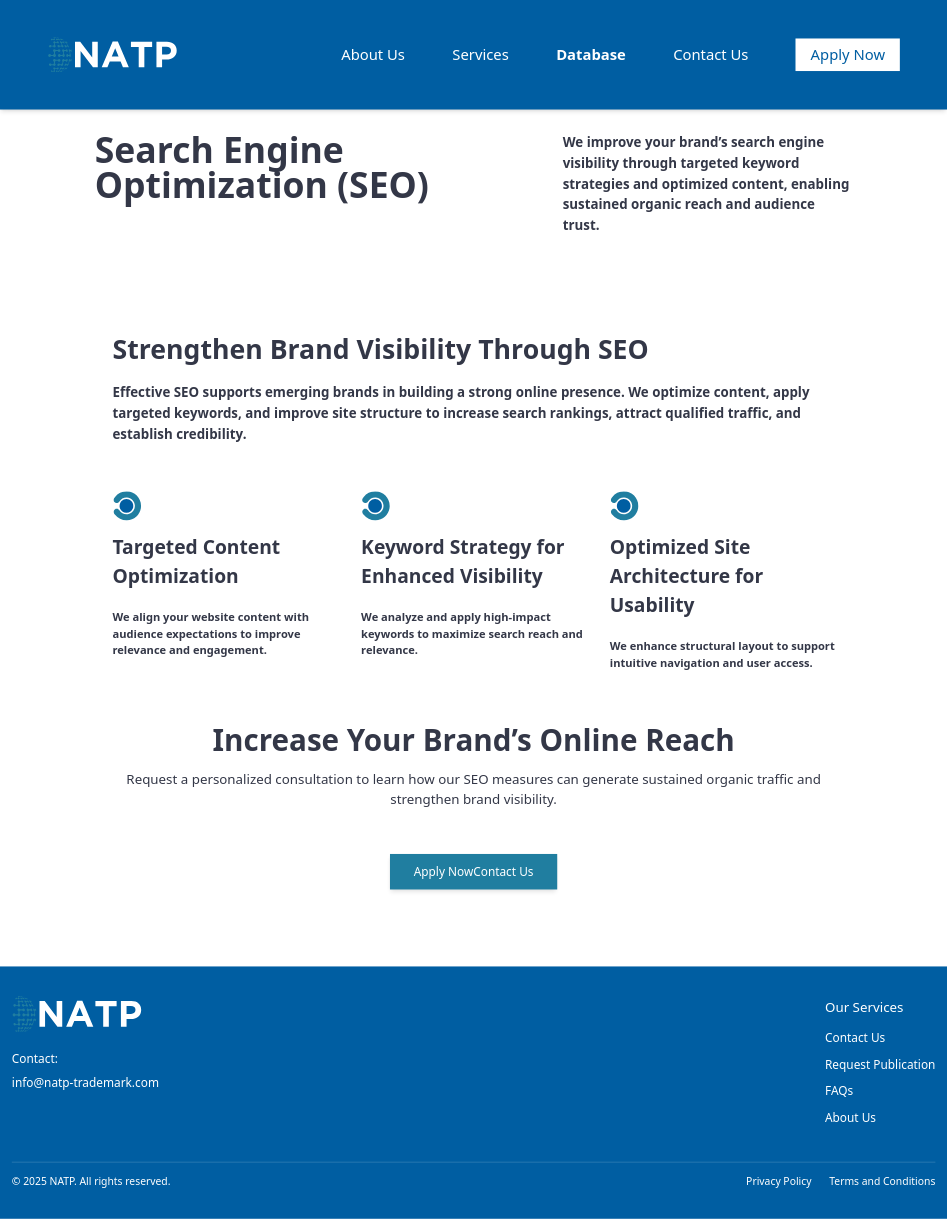
Repository: raushan22882917/natp-preview
Page: /services/seo
The author's editor kept a copy of each file at every save. The page is drawn from the files as they stood at one save, then again after a run of saves.
The browser window is 1280 px wide. The pictures show the whole page, at 74% of full size.
The project was rebuilt for these pictures with package versions that can differ from the ones it lists, and the page was loaded fresh each time. Also part of the build but not shown: vite.config.ts, src/components/ui/tooltip.tsx, src/components/Hero.tsx, src/hooks/use-hash-scroll.tsx, src/pages/Index.tsx, src/pages/About.tsx, src/components/ui/input.tsx, src/components/ui/button.tsx and 37 more.

Above is the page before, as saved 2025-05-13 18:34:58.

### index.html
<!DOCTYPE html>
<html lang="en">
  <head>
    <meta charset="UTF-8" />
    <meta name="viewport" content="width=device-width, initial-scale=1.0" />
    <title>NATP</title>
    <meta name="description" content="Trademark Publication and Registration Services" />
    <meta name="author" content="Trademark Publication" />
    <link rel="icon" type="image/png" href="/trade.png" />
    <link rel="apple-touch-icon" href="/trade.png" />

    <meta property="og:title" content="Trademark Publication" />
    <meta property="og:description" content="Trademark Publication and Registration Services" />
    <meta property="og:type" content="website" />
    <meta property="og:image" content="/images/og-image.png" />

    <meta name="twitter:card" content="summary_large_image" />
    <meta name="twitter:image" content="/images/og-image.png" />

    <!-- Start Single Page Apps for GitHub Pages -->
    <script type="text/javascript">
      // Single Page Apps for GitHub Pages/Vercel
      // MIT License
      // https://github.com/rafgraph/spa-github-pages
      (function(l) {
        if (l.search[1] === '/' ) {
          var decoded = l.search.slice(1).split('&').map(function(s) {
            return s.replace(/~and~/g, '&')
          }).join('?');
          window.history.replaceState(null, null,
              l.pathname.slice(0, -1) + decoded + l.hash
          );
        }
      }(window.location))
    </script>
    <!-- End Single Page Apps for GitHub Pages -->
  </head>

  <body>
    <div id="root"></div>
    <script type="module" src="/src/main.tsx"></script>
  </body>
</html>

### src/App.tsx
import { Toaster } from "@/components/ui/toaster";
import { Toaster as Sonner } from "@/components/ui/sonner";
import { TooltipProvider } from "@/components/ui/tooltip";
import { QueryClient, QueryClientProvider } from "@tanstack/react-query";
import { BrowserRouter, Routes, Route } from "react-router-dom";
import Index from "./pages/Index";
import About from "./pages/About";
import Search from "./pages/Search";
import Contact from "./pages/Contact";
import Terms from "./pages/Terms";
import PrivacyPolicy from "./pages/PrivacyPolicy";
import NotFound from "./pages/NotFound";

import Apply from "./pages/Apply";
import Publication from "./pages/services/Publication";
import Article from "./pages/services/Article";
import Services from "./pages/Services";
import SEO from "./pages/services/SEO";
import TrademarkDetail from "./pages/TrademarkDetail";
import Admin from "./pages/Admin";
import AdminLogin from "./pages/AdminLogin";
import AdminCreate from "./pages/AdminCreate";
import AdminSettings from "./pages/AdminSettings";

const queryClient = new QueryClient();

const App = () => (
  <QueryClientProvider client={queryClient}>
    <TooltipProvider>
      <Toaster />
      <Sonner />
      <BrowserRouter>
        <Routes>
          <Route path="/" element={<Index />} />
          <Route path="/about" element={<About />} />
          <Route path="/search" element={<Search />} />
          <Route path="/contact" element={<Contact />} />
          <Route path="/terms" element={<Terms />} />
          <Route path="/privacy" element={<PrivacyPolicy />} />
          <Route path="/apply" element={<Apply />} />
          <Route path="/services/publication" element={<Publication />} />
          <Route path="/services/article" element={<Article />} />
          <Route path="/services/seo" element={<SEO />} />
          <Route path="/trademark/:id" element={<TrademarkDetail />} />
          <Route path="/services" element={<Services />} />
          <Route path="/admin" element={<Admin />} />
          <Route path="/admin-login" element={<AdminLogin />} />
          <Route path="/admin/create" element={<AdminCreate />} />
          <Route path="/admin/settings" element={<AdminSettings />} />
          <Route path="*" element={<NotFound />} />
        </Routes>
      </BrowserRouter>
    </TooltipProvider>
  </QueryClientProvider>
);

export default App;

### src/index.css

@tailwind base;
@tailwind components;
@tailwind utilities;

@layer base {
  :root {
    --background: 0 0% 100%;
    --primary-blue: 207 71% 32%;  /* #005ea2 */
    --secondary-blue: 196 67% 38%; /* #207ea0 */
    --gray: 0 0% 46%;             /* #757575 */
    --text-white: 0 0% 94%;       /* #f0f0f0 */
    --text-black: 0 0% 0%;        /* #000000 */
  }

  body {
    @apply bg-white text-[#000000] antialiased;
  }
}

@layer components {
  .stats-label {
    @apply text-sm text-gray-500;
  }
}

.hero-waves {
  background: linear-gradient(45deg, #005ea2 0%, #207ea0 100%);
  position: relative;
  overflow: hidden;
}

.hero-waves::before {
  content: '';
  position: absolute;
  width: 150%;
  height: 150%;
  top: -25%;
  left: -25%;
  background: url("data:[embedded picture, 221 characters]") repeat;
  animation: wave 15s linear infinite;
  opacity: 0.1;
}

@keyframes wave {
  0% { transform: rotate(0deg); }
  100% { transform: rotate(360deg); }
}

.learn-more-btn {
  @apply px-6 py-2 text-[#f0f0f0] border border-[#f0f0f0]/20 rounded hover:bg-[#f0f0f0]/10 transition-all;
}

.apply-now-btn {
  @apply px-6 py-2 bg-[#f0f0f0] text-[#005ea2] rounded hover:bg-[#f0f0f0]/90 transition-all;
}

.primary-btn {
  @apply px-6 py-2 bg-[#005ea2] text-[#f0f0f0] rounded hover:bg-[#207ea0] transition-all;
}

.stats-value {
  @apply text-5xl font-bold mb-2;
}

.faq-item {
  @apply border-b border-gray-200 py-4;
}

### src/components/ui/toaster.tsx
import { useToast } from "@/hooks/use-toast"
import {
  Toast,
  ToastClose,
  ToastDescription,
  ToastProvider,
  ToastTitle,
  ToastViewport,
} from "@/components/ui/toast"

export function Toaster() {
  const { toasts } = useToast()

  return (
    <ToastProvider>
      {toasts.map(function ({ id, title, description, action, ...props }) {
        return (
          <Toast key={id} {...props}>
            <div className="grid gap-1">
              {title && <ToastTitle>{title}</ToastTitle>}
              {description && (
                <ToastDescription>{description}</ToastDescription>
              )}
            </div>
            {action}
            <ToastClose />
          </Toast>
        )
      })}
      <ToastViewport />
    </ToastProvider>
  )
}

### src/components/ui/sonner.tsx
import { useTheme } from "next-themes"
import { Toaster as Sonner, toast } from "sonner"

type ToasterProps = React.ComponentProps<typeof Sonner>

const Toaster = ({ ...props }: ToasterProps) => {
  const { theme = "system" } = useTheme()

  return (
    <Sonner
      theme={theme as ToasterProps["theme"]}
      className="toaster group"
      toastOptions={{
        classNames: {
          toast:
            "group toast group-[.toaster]:bg-background group-[.toaster]:text-foreground group-[.toaster]:border-border group-[.toaster]:shadow-lg",
          description: "group-[.toast]:text-muted-foreground",
          actionButton:
            "group-[.toast]:bg-primary group-[.toast]:text-primary-foreground",
          cancelButton:
            "group-[.toast]:bg-muted group-[.toast]:text-muted-foreground",
        },
      }}
      {...props}
    />
  )
}

export { Toaster, toast }

### src/pages/services/SEO.tsx
import { Navbar } from "@/components/Navbar";
import { Button } from "@/components/ui/button";
import { Link } from "react-router-dom";
import { Footer } from "@/components/Footer";
export default function SEO() {
  return (
    <div className="min-h-screen font-inter">
      <Navbar />

      <div className="min-h-[200px] flex items-center justify-center px-6">
        <div className="max-w-5xl flex flex-col md:flex-row gap-5">
          <h1 className="text-3xl md:text-5xl font-semibold text-[#333747] mb-4">
            Search Engine Optimization (SEO)
          </h1>
          <p className="w-full md:w-1/2 text-[#333747] text-lg font-semibold">
            We improve your brand’s search engine visibility through targeted
            keyword strategies and optimized content, enabling sustained organic
            reach and audience trust.
          </p>
        </div>
      </div>

      <section className="py-16 my-10">
        <div className="max-w-5xl mx-auto px-6">
          <h2 className="text-3xl md:text-4xl font-semibold text-[#333747] mb-6">
            Strengthen Brand Visibility Through SEO
          </h2>
          <p className="text-[#333747] font-semibold text-lg max-w-5xl mb-16">
            Effective SEO supports emerging brands in building a strong online
            presence. We optimize content, apply targeted keywords, and improve
            site structure to increase search rankings, attract qualified
            traffic, and establish credibility.
          </p>

          <div className="grid grid-cols-1 md:grid-cols-3 gap-8 mb-16">
            {/* Card 1 */}
            <div className="flex flex-col">
              <img
                src="/images/1.svg"
                className="w-10 h-10 mb-4"
                alt="Targeted Content"
              />
              <h3 className="text-[26px] font-semibold text-[#333747] mb-6">
                Targeted Content Optimization
              </h3>
              <p className="text-[#333747] text-[15px] font-semibold">
                We align your website content with audience expectations to
                improve relevance and engagement.
              </p>
            </div>

            {/* Card 2 */}
            <div className="flex flex-col">
              <img
                src="/images/1.svg"
                className="w-10 h-10 mb-4"
                alt="Keyword Strategy"
              />
              <h3 className="text-[26px] font-semibold text-[#333747] mb-6">
                Keyword Strategy for Enhanced Visibility
              </h3>
              <p className="text-[#333747] text-[15px] font-semibold ">
                We analyze and apply high-impact keywords to maximize search
                reach and relevance.
              </p>
            </div>

            {/* Card 3 */}
            <div className="flex flex-col">
              <img
                src="/images/1.svg"
                className="w-10 h-10 mb-4"
                alt="Optimized Site Architecture"
              />
              <h3 className="text-[26px] font-semibold text-[#333747] mb-6">
                Optimized Site Architecture for Usability
              </h3>
              <p className="text-[#333747] text-[15px] font-semibold">
                We enhance structural layout to support intuitive navigation and
                user access.
              </p>
            </div>
          </div>

          {/* Bottom Section */}
          <div className="flex flex-col justify-center items-center max-w-5xl mx-auto">
            <div className="mb-6 text-center">
              <h3 className="text-[32px] md:text-[40px] font-semibold text-[#333747] mb-2">
                Increase Your Brand’s Online Reach
              </h3>
              <p className="text-lg text-[#333747] mb-4">
                Request a personalized consultation to learn how our SEO
                measures can generate sustained organic traffic and strengthen
                brand visibility.
              </p>
            </div>

            <button className="bg-[#207ea0] text-white shadow-md py-3 px-8 mt-5 block mx-auto">
              <a>
                <Link to="/apply">Apply Now</Link>
              </a>Contact Us
            </button>
          </div>
        </div>
      </section>

      <Footer />
    </div>
  );
}

### src/components/Footer.tsx
import { Link } from "react-router-dom";

export const Footer = () => {
  const currentYear = new Date().getFullYear();

  return (
    <footer className="bg-[#005ea2] text-white py-10 px-4">
      <div className="max-w-[85rem] mx-auto flex flex-col space-y-12">
        {/* Main footer content */}
        <div className="flex flex-col lg:flex-row justify-between gap-12">
          {/* Logo and contact section */}
          <div className="flex flex-col">
            <div className="mb-6">
              <img
                src="/images/mainLogo.svg"
                alt="WTP Logo"
                className="w-44 h-auto"
              />
            </div>
            <div>
              <p className="font-medium mb-2">Contact:</p>
              <a
                href="mailto:info@natp-trademark.com"
                className="text-white break-words">
                info@natp-trademark.com
              </a>
            </div>
          </div>

          {/* Services links */}
          <div>
            <Link to="/services" className="font-medium hover:underline">
              <h4 className="font-medium mb-4 text-lg">Our Services</h4>
            </Link>
            <ul className="space-y-3">
              <li>
                <Link to="/contact" className="font-medium hover:underline">
                  Contact Us
                </Link>
              </li>
              <li>
                <Link
                  to="/apply"
                  className="font-medium hover:underline">
                  Request Publication
                </Link>
              </li>
              <li>
                <Link to="/#faqs" className="font-medium hover:underline">
                  FAQs
                </Link>
              </li>
              <li>
                <Link to="/about" className="font-medium hover:underline">
                  About Us
                </Link>
              </li>
            </ul>
          </div>
        </div>

        {/* Divider and copyright */}
        <div className="border-t border-white/20 pt-4">
          <div className="flex flex-col md:flex-row justify-between items-center text-sm gap-4 text-center md:text-left">
            <p>© {currentYear} NATP. All rights reserved.</p>
            <div className="flex gap-6">
              <Link to="/privacy" className="hover:underline">
                Privacy Policy
              </Link>
              <Link to="/terms" className="hover:underline">
                Terms and Conditions
              </Link>
            </div>
          </div>
        </div>
      </div>
    </footer>
  );
};

### src/components/ui/sheet.tsx
import * as SheetPrimitive from "@radix-ui/react-dialog"
import { cva, type VariantProps } from "class-variance-authority"
import { X } from "lucide-react"
import * as React from "react"

import { cn } from "@/lib/utils"

const Sheet = SheetPrimitive.Root

const SheetTrigger = SheetPrimitive.Trigger

const SheetClose = SheetPrimitive.Close

const SheetPortal = SheetPrimitive.Portal

const SheetOverlay = React.forwardRef<
  React.ElementRef<typeof SheetPrimitive.Overlay>,
  React.ComponentPropsWithoutRef<typeof SheetPrimitive.Overlay>
>(({ className, ...props }, ref) => (
  <SheetPrimitive.Overlay
    className={cn(
      "fixed inset-0 z-50 bg-black/80  data-[state=open]:animate-in data-[state=closed]:animate-out data-[state=closed]:fade-out-0 data-[state=open]:fade-in-0",
      className
    )}
    {...props}
    ref={ref}
  />
))
SheetOverlay.displayName = SheetPrimitive.Overlay.displayName

const sheetVariants = cva(
  "fixed z-50 gap-4 bg-background p-6 shadow-lg transition ease-in-out data-[state=open]:animate-in data-[state=closed]:animate-out data-[state=closed]:duration-300 data-[state=open]:duration-500",
  {
    variants: {
      side: {
        top: "inset-x-0 top-0 border-b data-[state=closed]:slide-out-to-top data-[state=open]:slide-in-from-top",
        bottom:
          "inset-x-0 bottom-0 border-t data-[state=closed]:slide-out-to-bottom data-[state=open]:slide-in-from-bottom",
        left: "inset-y-0 left-0 h-full w-3/4 border-r data-[state=closed]:slide-out-to-left data-[state=open]:slide-in-from-left sm:max-w-sm",
        right:
          "inset-y-0 right-0 h-full w-3/4  border-l data-[state=closed]:slide-out-to-right data-[state=open]:slide-in-from-right sm:max-w-sm",
      },
    },
    defaultVariants: {
      side: "right",
    },
  }
)

interface SheetContentProps
  extends React.ComponentPropsWithoutRef<typeof SheetPrimitive.Content>,
  VariantProps<typeof sheetVariants> { }

const SheetContent = React.forwardRef<
  React.ElementRef<typeof SheetPrimitive.Content>,
  SheetContentProps
>(({ side = "right", className, children, ...props }, ref) => (
  <SheetPortal>
    <SheetOverlay />
    <SheetPrimitive.Content
      ref={ref}
      className={cn(sheetVariants({ side }), className)}
      {...props}
    >
      {children}
      <SheetPrimitive.Close className="absolute right-4 top-4 rounded-sm opacity-70 ring-offset-background transition-opacity hover:opacity-100 focus:outline-none focus:ring-2 focus:ring-ring focus:ring-offset-2 disabled:pointer-events-none data-[state=open]:bg-secondary">

        <span className="sr-only">Close</span>
      </SheetPrimitive.Close>
    </SheetPrimitive.Content>
  </SheetPortal>
))
SheetContent.displayName = SheetPrimitive.Content.displayName

const SheetHeader = ({
  className,
  ...props
}: React.HTMLAttributes<HTMLDivElement>) => (
  <div
    className={cn(
      "flex flex-col space-y-2 text-center sm:text-left",
      className
    )}
    {...props}
  />
)
SheetHeader.displayName = "SheetHeader"

const SheetFooter = ({
  className,
  ...props
}: React.HTMLAttributes<HTMLDivElement>) => (
  <div
    className={cn(
      "flex flex-col-reverse sm:flex-row sm:justify-end sm:space-x-2",
      className
    )}
    {...props}
  />
)
SheetFooter.displayName = "SheetFooter"

const SheetTitle = React.forwardRef<
  React.ElementRef<typeof SheetPrimitive.Title>,
  React.ComponentPropsWithoutRef<typeof SheetPrimitive.Title>
>(({ className, ...props }, ref) => (
  <SheetPrimitive.Title
    ref={ref}
    className={cn("text-lg font-semibold text-foreground", className)}
    {...props}
  />
))
SheetTitle.displayName = SheetPrimitive.Title.displayName

const SheetDescription = React.forwardRef<
  React.ElementRef<typeof SheetPrimitive.Description>,
  React.ComponentPropsWithoutRef<typeof SheetPrimitive.Description>
>(({ className, ...props }, ref) => (
  <SheetPrimitive.Description
    ref={ref}
    className={cn("text-sm text-muted-foreground", className)}
    {...props}
  />
))
SheetDescription.displayName = SheetPrimitive.Description.displayName

export {
  Sheet, SheetClose,
  SheetContent, SheetDescription, SheetFooter, SheetHeader, SheetOverlay, SheetPortal, SheetTitle, SheetTrigger
}

### tailwind.config.ts
import type { Config } from "tailwindcss";

export default {
  darkMode: ["class"],
  content: [
    "./pages/**/*.{ts,tsx}",
    "./components/**/*.{ts,tsx}",
    "./app/**/*.{ts,tsx}",
    "./src/**/*.{ts,tsx}",
  ],
  theme: {
    extend: {
      colors: {
        border: 'hsl(var(--border))',
        input: 'hsl(var(--input))',
        ring: 'hsl(var(--ring))',
        background: 'hsl(var(--background))',
        foreground: 'hsl(var(--foreground))',
        primary: {
          DEFAULT: 'hsl(var(--primary))',
          foreground: 'hsl(var(--primary-foreground))'
        },
        secondary: {
          DEFAULT: 'hsl(var(--secondary))',
          foreground: 'hsl(var(--secondary-foreground))'
        },
        destructive: {
          DEFAULT: 'hsl(var(--destructive))',
          foreground: 'hsl(var(--destructive-foreground))'
        },
        muted: {
          DEFAULT: 'hsl(var(--muted))',
          foreground: 'hsl(var(--muted-foreground))'
        },
        accent: {
          DEFAULT: 'hsl(var(--accent))',
          foreground: 'hsl(var(--accent-foreground))'
        },
        popover: {
          DEFAULT: 'hsl(var(--popover))',
          foreground: 'hsl(var(--popover-foreground))'
        },
        card: {
          DEFAULT: 'hsl(var(--card))',
          foreground: 'hsl(var(--card-foreground))'
        },
        sidebar: {
          DEFAULT: 'hsl(var(--sidebar-background))',
          foreground: 'hsl(var(--sidebar-foreground))',
          primary: 'hsl(var(--sidebar-primary))',
          'primary-foreground': 'hsl(var(--sidebar-primary-foreground))',
          accent: 'hsl(var(--sidebar-accent))',
          'accent-foreground': 'hsl(var(--sidebar-accent-foreground))',
          border: 'hsl(var(--sidebar-border))',
          ring: 'hsl(var(--sidebar-ring))'
        },
        'primary-blue': '#005ea2',
        'secondary-blue': '#207ea0',
        'gray': {
          50: '#f9fafb',
          100: '#f3f4f6',
          200: '#e5e7eb',
          300: '#d1d5db',
          400: '#9ca3af',
          500: '#6b7280',
          600: '#757575',
          700: '#374151',
          800: '#1f2937',
          900: '#111827'
        },
        'off-white': '#f0f0f0'
      },
      borderRadius: {
        lg: 'var(--radius)',
        md: 'calc(var(--radius) - 2px)',
        sm: 'calc(var(--radius) - 4px)'
      },
      keyframes: {
        'accordion-down': {
          from: {
            height: '0'
          },
          to: {
            height: 'var(--radix-accordion-content-height)'
          }
        },
        'accordion-up': {
          from: {
            height: 'var(--radix-accordion-content-height)'
          },
          to: {
            height: '0'
          }
        }
      },
      animation: {
        'accordion-down': 'accordion-down 0.2s ease-out',
        'accordion-up': 'accordion-up 0.2s ease-out'
      }
    }
  },
  plugins: [require("tailwindcss-animate")],
} satisfies Config;

Loaded but not shown: src/main.tsx (common file); src/hooks/use-toast.ts (common file); src/lib/utils.ts (common file); src/components/Navbar.tsx (231 lines, source omitted); src/components/ui/navigation-menu.tsx (128 lines, source omitted); src/components/ui/toast.tsx (127 lines, source omitted)

After the next 2 saves:
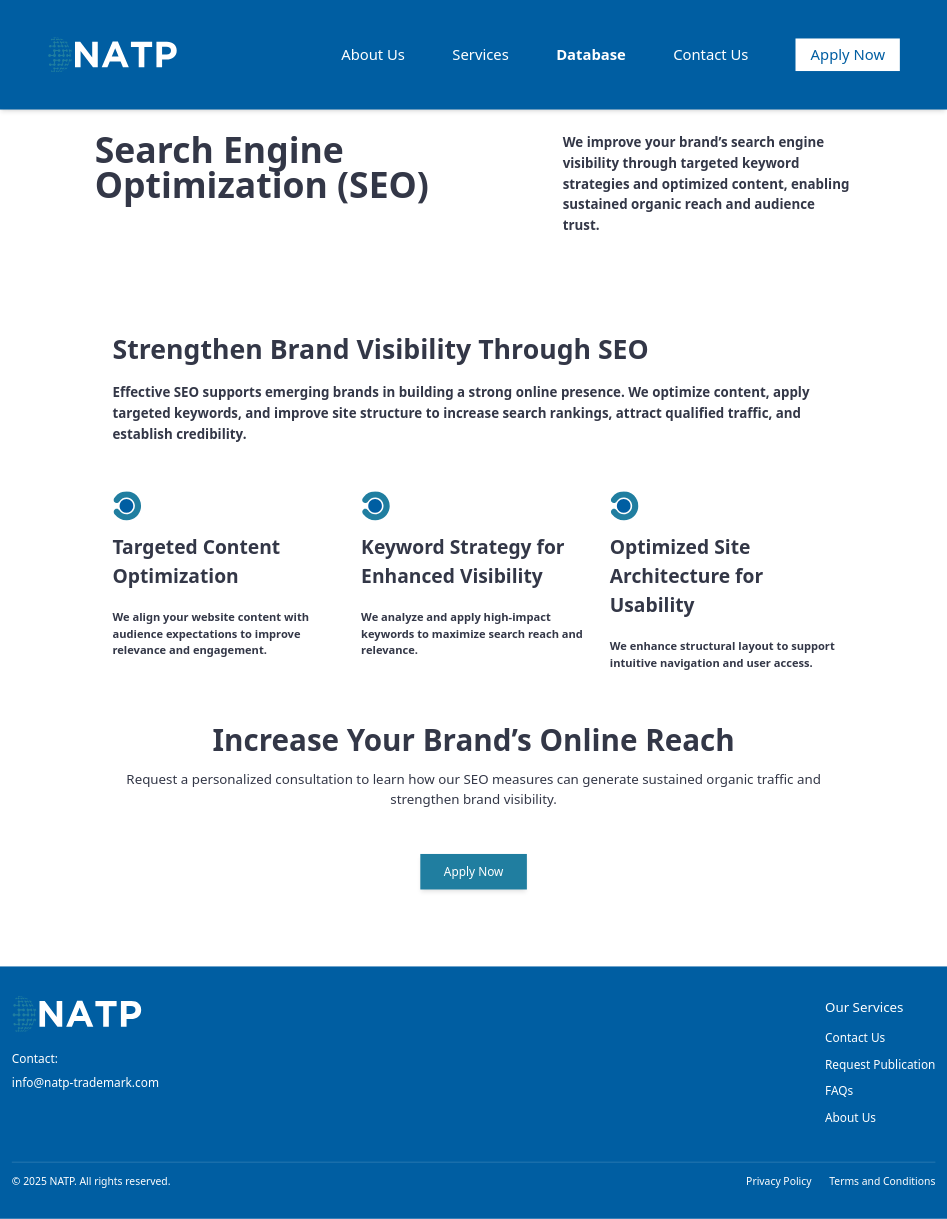
The 2 saves are shown as one change because they came seconds apart.
The last was saved 8 s later.
--- a/src/pages/services/SEO.tsx
+++ b/src/pages/services/SEO.tsx
@@ -96,9 +96,7 @@ export default function SEO() {
             </div>
 
             <button className="bg-[#207ea0] text-white shadow-md py-3 px-8 mt-5 block mx-auto">
-              <a>
                 <Link to="/apply">Apply Now</Link>
-              </a>Contact Us
             </button>
           </div>
         </div>
